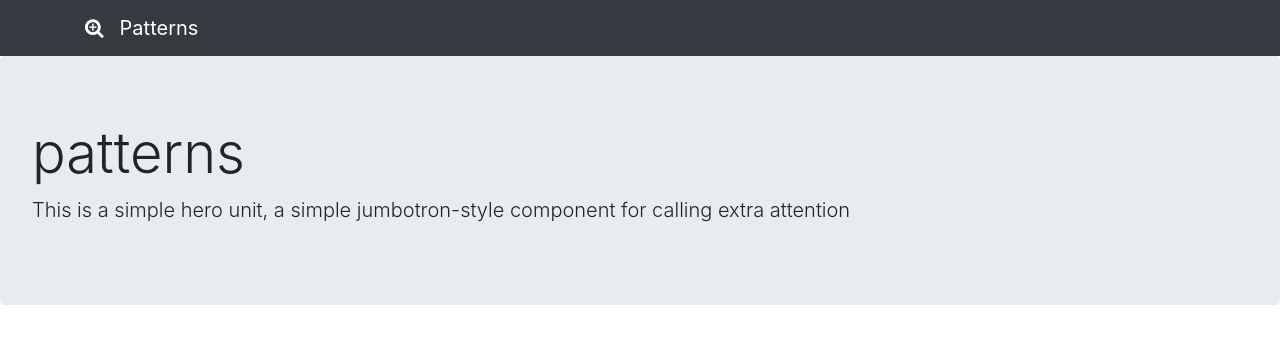
Repository: Mietlicha/patterns
Page: index.html
The author's editor kept a copy of each file at every save. The page is drawn from the files as they stood at one save, then again after the next save.
The browser window is 1280 px wide. The pictures show the whole page.

Above is the page before, as saved 2019-10-24 11:13:43.

### index.html
<!DOCTYPE html>
<html lang="en">

<head>
    <meta charset="UTF-8">
    <meta name="viewport" content="width=device-width, initial-scale=1.0">
    <meta http-equiv="X-UA-Compatible" content="ie=edge">
    <title>Document</title>
    <link rel="stylesheet" href="style.css">
    <link rel="stylesheet" href="https://stackpath.bootstrapcdn.com/bootstrap/4.3.1/css/bootstrap.min.css"
        integrity="sha384-ggOyR0iXCbMQv3Xipma34MD+dH/1fQ784/j6cY/iJTQUOhcWr7x9JvoRxT2MZw1T" crossorigin="anonymous">
    <link rel="stylesheet" href="https://cdnjs.cloudflare.com/ajax/libs/font-awesome/4.7.0/css/font-awesome.min.css">

</head>

<body>
    <nav class="navbar navbar-dark bg-dark">
        <div class="container"><a class="navbar-brand" href="#"><i class="fa fa-search-plus mr-3" aria-hidden="true"></i>Patterns</a></div>
    </nav>
    <article>
    <section class="jumbotron">
            <h1 class="display-4">patterns</h1>
            <p class="lead">This is a simple hero unit, a simple jumbotron-style component for calling extra attention</p>
            </section>
        </article>


    <script src="https://code.jquery.com/jquery-3.3.1.slim.min.js"
        integrity="sha384-q8i/X+965DzO0rT7abK41JStQIAqVgRVzpbzo5smXKp4YfRvH+8abtTE1Pi6jizo"
        crossorigin="anonymous"></script>
    <script src="https://cdnjs.cloudflare.com/ajax/libs/popper.js/1.14.7/umd/popper.min.js"
        integrity="sha384-UO2eT0CpHqdSJQ6hJty5KVphtPhzWj9WO1clHTMGa3JDZwrnQq4sF86dIHNDz0W1"
        crossorigin="anonymous"></script>
    <script src="https://stackpath.bootstrapcdn.com/bootstrap/4.3.1/js/bootstrap.min.js"
        integrity="sha384-JjSmVgyd0p3pXB1rRibZUAYoIIy6OrQ6VrjIEaFf/nJGzIxFDsf4x0xIM+B07jRM"
        crossorigin="anonymous"></script>
</body>

</html>

Loaded but not shown: style.css (no copy from this time; the picture is the same without it)

After the next save:
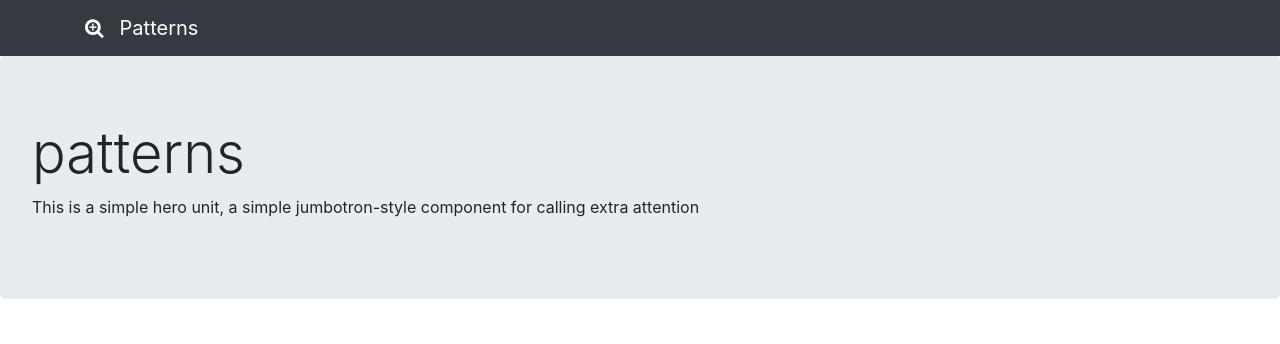
Saved 15 s later.
--- a/index.html
+++ b/index.html
@@ -20,7 +20,7 @@
     <article>
     <section class="jumbotron">
             <h1 class="display-4">patterns</h1>
-            <p class="lead">This is a simple hero unit, a simple jumbotron-style component for calling extra attention</p>
+            <p >This is a simple hero unit, a simple jumbotron-style component for calling extra attention</p>
             </section>
         </article>
 

After the save that followed:
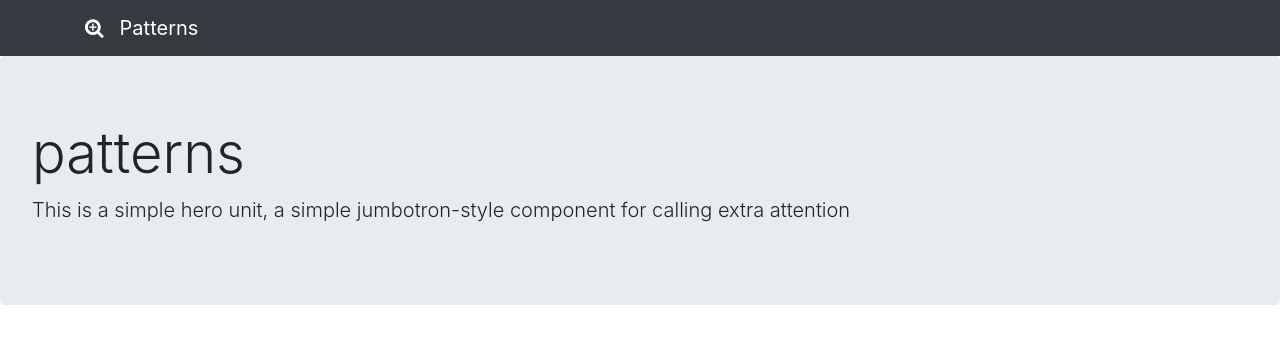
Saved 17 s later.
--- a/index.html
+++ b/index.html
@@ -20,7 +20,7 @@
     <article>
     <section class="jumbotron">
             <h1 class="display-4">patterns</h1>
-            <p >This is a simple hero unit, a simple jumbotron-style component for calling extra attention</p>
+            <p class="lead">This is a simple hero unit, a simple jumbotron-style component for calling extra attention</p>
             </section>
         </article>
 
